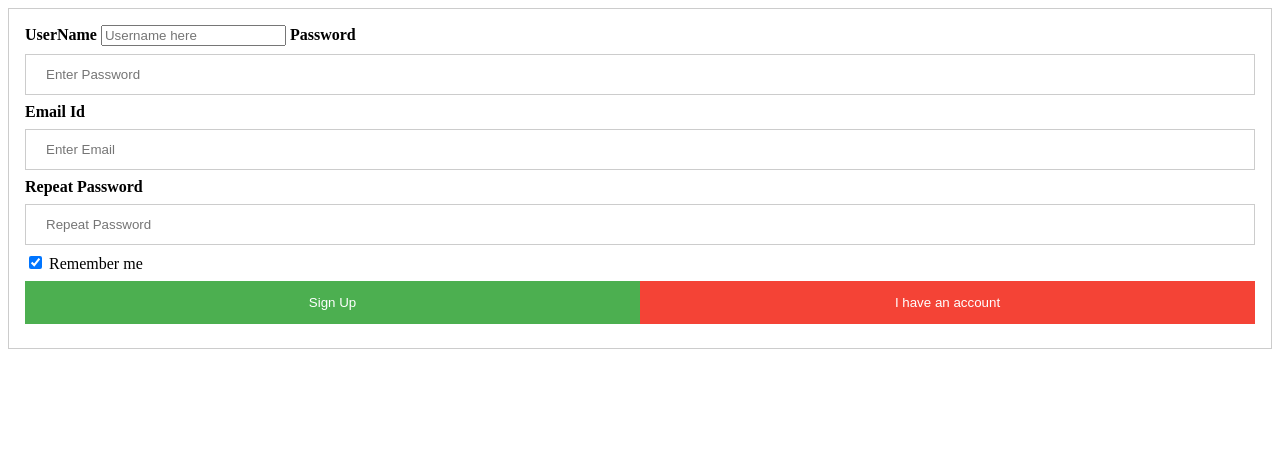
Repository: hamshini/demopro
Page: wippro/Application/WebContent/signup.html
An editor plug-in stored every save of this project. The page is shown before and after the next save, followed by the edit.
The browser window is 1280 px wide. The pictures show the whole page.

Above is the page before, as saved 2018-01-06 05:47:01.

### wippro/Application/WebContent/signup.html
<!DOCTYPE html>
<html>
<head>
<meta charset="ISO-8859-1">
<title>signup</title>
</head>
<style>
/* Full-width input fields */
input[type=text], input[type=password] {
    width: 100%;
    padding: 12px 20px;
    margin: 8px 0;
    display: inline-block;
    border: 1px solid #ccc;
    box-sizing: border-box;
}

/* Set a style for all buttons */
button {
    background-color: #4CAF50;
    color: white;
    padding: 14px 20px;
    margin: 8px 0;
    border: none;
    cursor: pointer;
    width: 100%;
}

/* Extra styles for the cancel button */
.cancelbtn {
    padding: 14px 20px;
    background-color: #f44336;
}

/* Float cancel and signup buttons and add an equal width */
.cancelbtn,.signupbtn {
    float: left;
    width: 50%;
}

/* Add padding to container elements */
.container {
    padding: 16px;
}

/* Clear floats */
.clearfix::after {
    content: "";
    clear: both;
    display: table;
}

/* Change styles for cancel button and signup button on extra small screens */
@media screen and (max-width: 300px) {
    .cancelbtn, .signupbtn {
       width: 100%;
    }
}
</style>
<body>

<form action="/action_page.php" style="border:1px solid #ccc">
  <div class="container">
<label><b>UserName</b></label>
    <input type="txt" placeholder="Username here" name="usr" required>

    <label><b>Password</b></label>
    <input type="password" placeholder="Enter Password" name="psw" required>

    <label><b>Email Id</b></label>
    <input type="text" placeholder="Enter Email" name="email" required>



    <label><b>Repeat Password</b></label>
    <input type="password" placeholder="Repeat Password" name="psw-repeat" required>
    <input type="checkbox" checked="checked"> Remember me

    <div class="clearfix">
      <button type="submit" class="signupbtn">Sign Up</button>
      <button type="button" class="cancelbtn">I have an account</button>
    </div>
  </div>
</form>
</body>
</html>

After the next save:
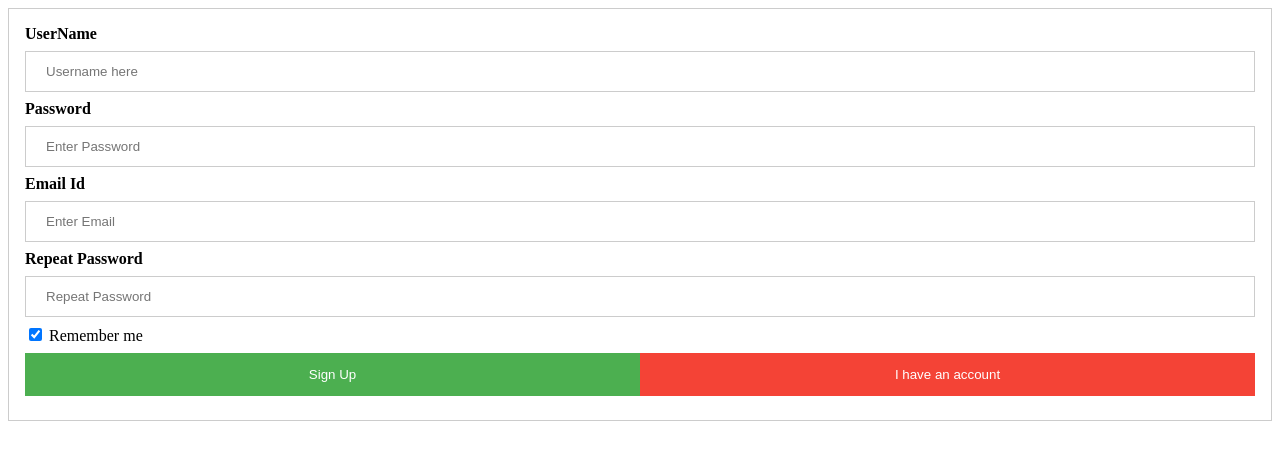
Saved 34 s later.
--- a/wippro/Application/WebContent/signup.html
+++ b/wippro/Application/WebContent/signup.html
@@ -62,7 +62,7 @@ button {
 <form action="/action_page.php" style="border:1px solid #ccc">
   <div class="container">
 <label><b>UserName</b></label>
-    <input type="txt" placeholder="Username here" name="usr" required>
+    <input type="text" placeholder="Username here" name="usr" required>
 
     <label><b>Password</b></label>
     <input type="password" placeholder="Enter Password" name="psw" required>
